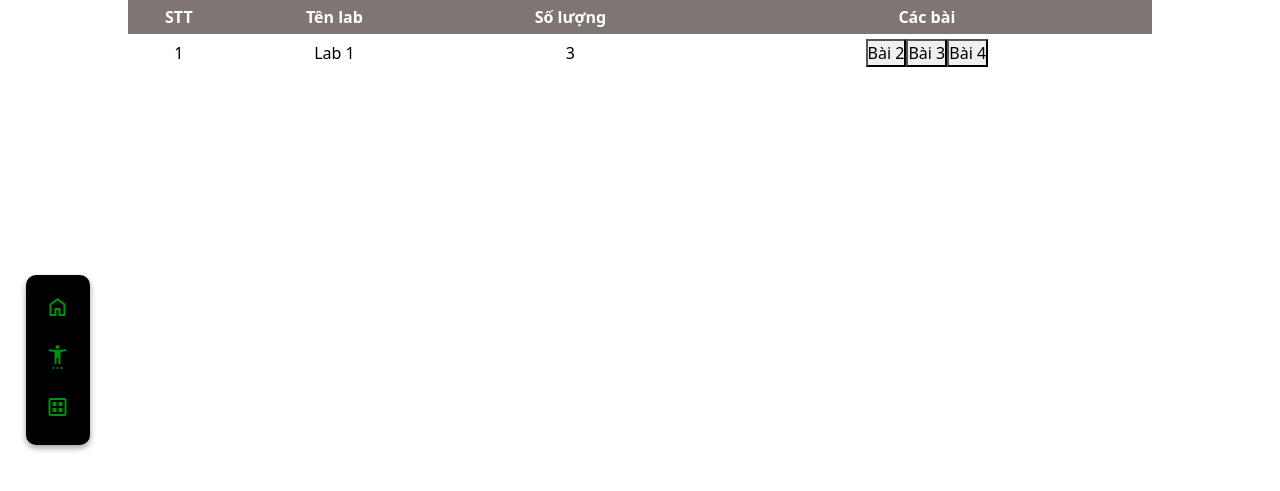
Repository: tuankiet10920/homeworkFEF
Page: /labs
These files come from the project's save history. The page is drawn as it stood at one moment and after the next save; the edit follows.
The browser window is 1280 px wide. The pictures show the whole page.
The project was rebuilt for these pictures with package versions that can differ from the ones it lists, and the page was loaded fresh each time. Also part of the build but not shown: vite.config.js, src/components/HelloWorld.vue, src/Labs/Lab1/Bai2.vue, src/views/HomeView.vue.

Above is the page before, as saved 2024-10-22 17:30:54.

### index.html
<!doctype html>
<html lang="en">
  <head>
    <meta charset="UTF-8" />
    <link rel="icon" href="/favicon.ico" />
    <meta name="viewport" content="width=device-width, initial-scale=1.0" />
    <link
      href="https://cdn.jsdelivr.net/npm/bootstrap@5.3.3/dist/css/bootstrap.min.css"
      rel="stylesheet"
      integrity="sha384-QWTKZyjpPEjISv5WaRU9OFeRpok6YctnYmDr5pNlyT2bRjXh0JMhjY6hW+ALEwIH"
      crossorigin="anonymous"
    />
    <link
      rel="stylesheet"
      href="https://fonts.googleapis.com/css2?family=Material+Symbols+Outlined:opsz,wght,FILL,GRAD@20..48,100..700,0..1,-50..200"
    />
    <title>Vite App</title>
    <link rel="stylesheet" href="./src/assets/css/main.css" />
  </head>
  <body>
    <div id="app"></div>
    <script
      src="https://cdn.jsdelivr.net/npm/bootstrap@5.3.3/dist/js/bootstrap.bundle.min.js"
      integrity="sha384-YvpcrYf0tY3lHB60NNkmXc5s9fDVZLESaAA55NDzOxhy9GkcIdslK1eN7N6jIeHz"
      crossorigin="anonymous"
    ></script>
    <script type="module" src="/src/main.js"></script>
  </body>
</html>

### src/assets/css/main.css
* {
  margin: 0;
  padding: 0;
  box-sizing: border-box;
  text-decoration: none;
  color: #000;
  font-size: 16px;
}

### src/App.vue
<script setup>
import { RouterLink, RouterView } from 'vue-router'
import HelloWorld from './components/HelloWorld.vue'
import Icon from './components/Icon.vue'
</script>

<template>
  <header>
    <div class="wrapper">
      <nav>
        <RouterLink to="/">
          <Icon iconName="home" />
        </RouterLink>

        <RouterLink to="/about">
          <Icon iconName="settings_accessibility" />
        </RouterLink>

        <RouterLink to="/labs">
          <Icon iconName="dataset" />
        </RouterLink>
      </nav>
    </div>
  </header>
  <RouterView />
</template>

<style scoped>
.wrapper nav a {
  margin-bottom: 20px;
  width: fit-content;
  text-decoration: none;
}
.wrapper nav a span {
  color: #009011;
}
.wrapper nav a:last-child {
  margin-bottom: 0;
}
nav {
  display: flex;
  flex-direction: column;
  justify-content: center;
  position: absolute;
  top: 50%;
  left: 2%;
  transform: translateY(-50%);
  padding: 20px;
  border-radius: 10px;
  background: #000;
  box-shadow:
    rgba(0, 0, 0, 0.16) 0px 3px 6px,
    rgba(0, 0, 0, 0.23) 0px 3px 6px;
}
</style>

### src/router/index.js
import { createRouter, createWebHistory } from 'vue-router'
import HomeView from '../views/HomeView.vue'

const router = createRouter({
  history: createWebHistory(import.meta.env.BASE_URL),
  routes: [
    {
      path: '/',
      name: 'home',
      component: HomeView,
    },
    {
      path: '/about',
      name: 'about',
      // route level code-splitting
      // this generates a separate chunk (About.[hash].js) for this route
      // which is lazy-loaded when the route is visited.
      component: () => import('../views/AboutView.vue'),
    },
    {
      path: '/labs',
      name: 'labs',
      component: () => import('../views/LabView.vue'),
    },
    // cac bai labs

    // Lab 1
    {
      path: '/bai2lab1',
      name: 'bai2lab1',
      component: () => import('../Labs/Lab1/Bai2.vue'),
    },
    {
      path: '/bai3lab1',
      name: 'bai3lab1',
      component: () => import('../Labs/Lab1/Bai3.vue'),
    },
    {
      path: '/bai4lab1',
      name: 'bai4lab1',
      component: () => import('../Labs/Lab1/Bai4.vue'),
    },
  ],
})

export default router

### src/components/Icon.vue
<script setup>
const props = defineProps(['iconName'])
</script>
<template>
  <span class="material-symbols-outlined"> {{ props.iconName }} </span>
</template>
<style scoped></style>

### src/views/LabView.vue
<script src></script>
<template>
  <div class="labs">
    <table>
      <thead>
        <tr>
          <th>STT</th>
          <th>Tên lab</th>
          <th>Số lượng</th>
          <th>Các bài</th>
        </tr>
      </thead>
      <tbody>
        <tr>
          <td>1</td>
          <td>Lab 1</td>
          <td>3</td>
          <td>
            <RouterLink to="/bai2lab1">
              <button type="button">Bài 2</button>
            </RouterLink>
            <RouterLink to="/bai3lab1">
              <button type="button">Bài 3</button>
            </RouterLink>
            <RouterLink to="/bai4lab1">
              <button type="button">Bài 4</button>
            </RouterLink>
          </td>
        </tr>
      </tbody>
    </table>
  </div>
</template>
<style scoped>
.labs {
  width: 100%;
  display: flex;
  justify-content: center;
}
table {
  border-collapse: collapse;
  width: 80%;
}
th,
td {
  padding: 5px 0px;
  text-align: left;
  text-align: center;
}
th {
  background: #7e7575;
  color: #fff;
}
</style>

Loaded but not shown: src/main.js (common file)

After the next save:
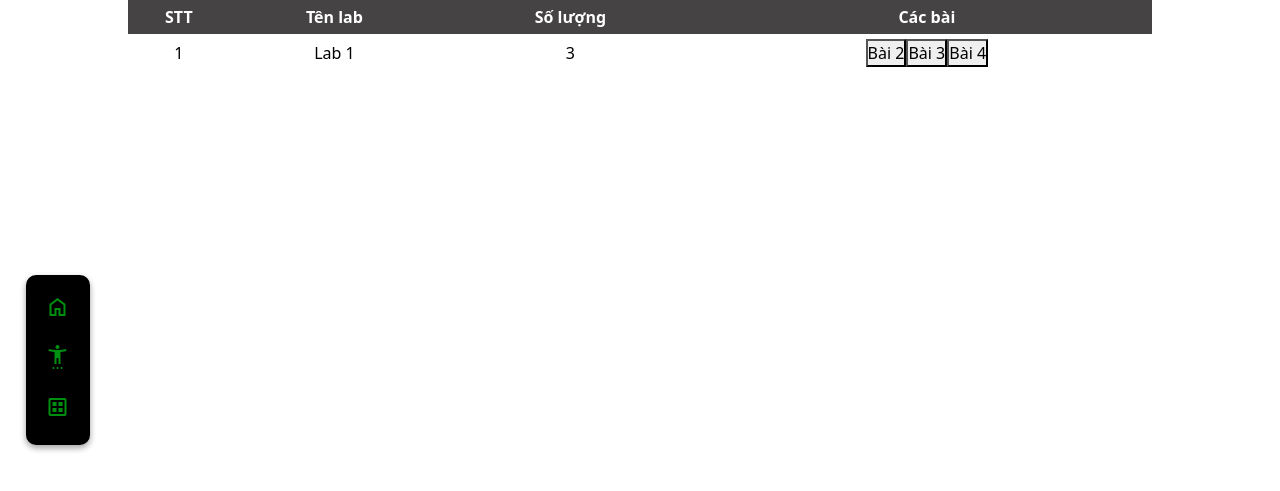
Saved 10 s later.
--- a/src/views/LabView.vue
+++ b/src/views/LabView.vue
@@ -48,7 +48,7 @@ td {
   text-align: center;
 }
 th {
-  background: #7e7575;
+  background: #454343;
   color: #fff;
 }
 </style>
